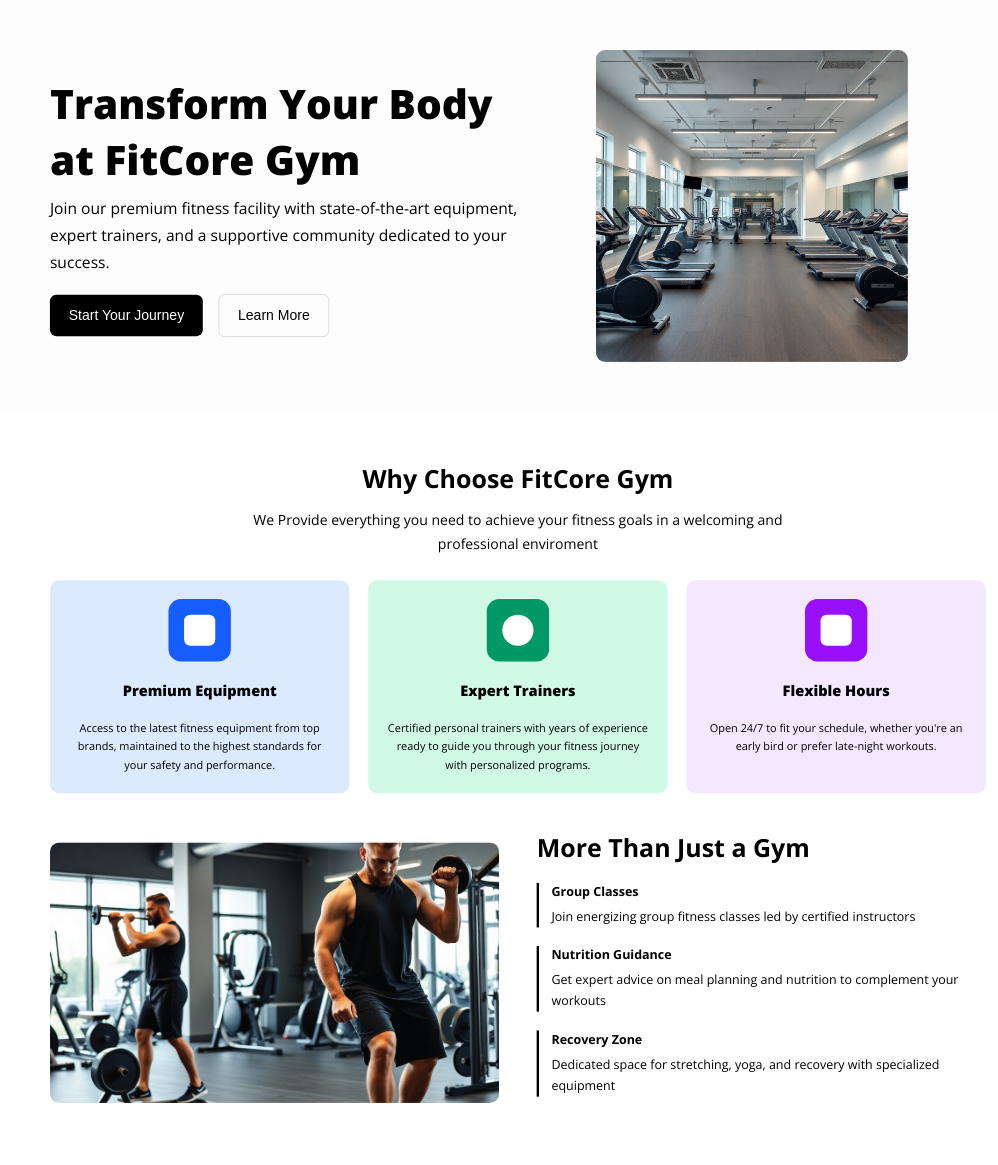
Repository: abdobadawi-ops/Route-Academy-Assignments
Page: Secon Assignment - fit-core-gym/index.html
The author's editor kept a copy of each file at every save. The page is drawn from the files as they stood at one save, then again after the next save.
The browser window is 1280 px wide. The pictures show the whole page, at 78% of full size.

Above is the page before, as saved 2026-04-28 13:22:28.

After the next save:
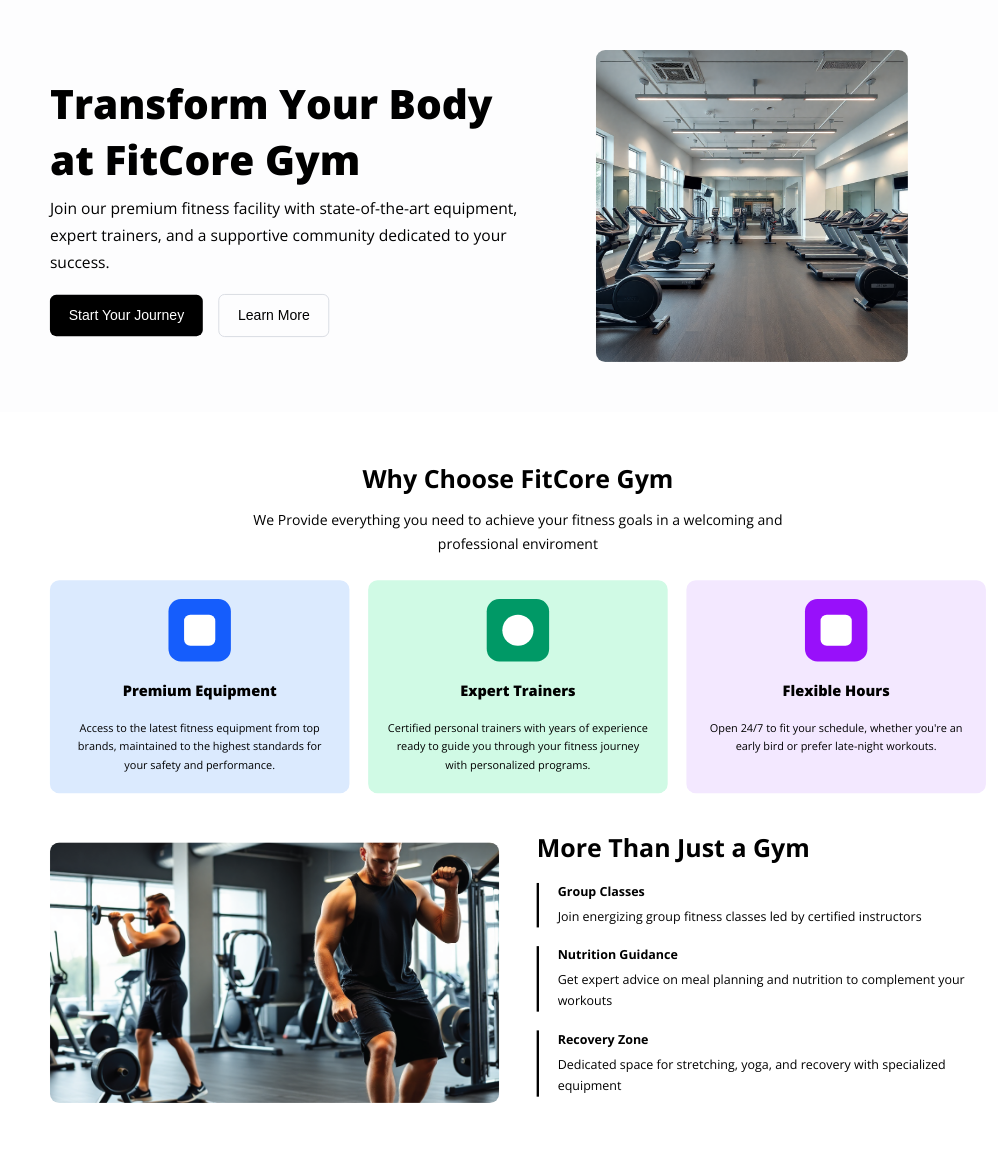
Saved 4 s later.
--- a/Secon Assignment - fit-core-gym/style.css
+++ b/Secon Assignment - fit-core-gym/style.css
@@ -187,7 +187,7 @@ header {
     display: flex;
     flex-direction: column;
     border-left: 3px solid #000;
-    padding-left: 16px;
+    padding-left: 24px;
     margin-bottom: 24px;
 
     h4 {
